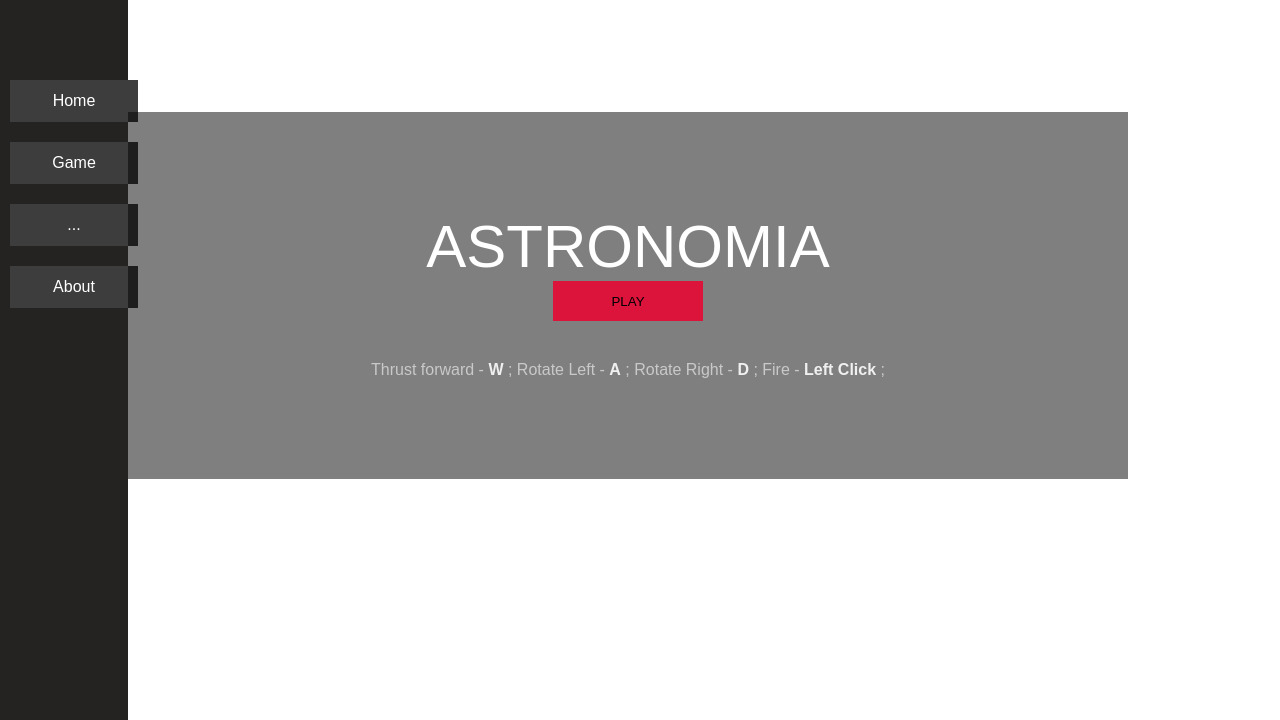
Repository: LaukiniXs/astronomia
Page: index.html
An editor plug-in stored every save of this project. The page is shown before and after the next save, followed by the edit.
The browser window is 1280 px wide. The pictures show the whole page.

Above is the page before, as saved 2020-05-18 13:38:48.
Not found: index.ts

After the next save:
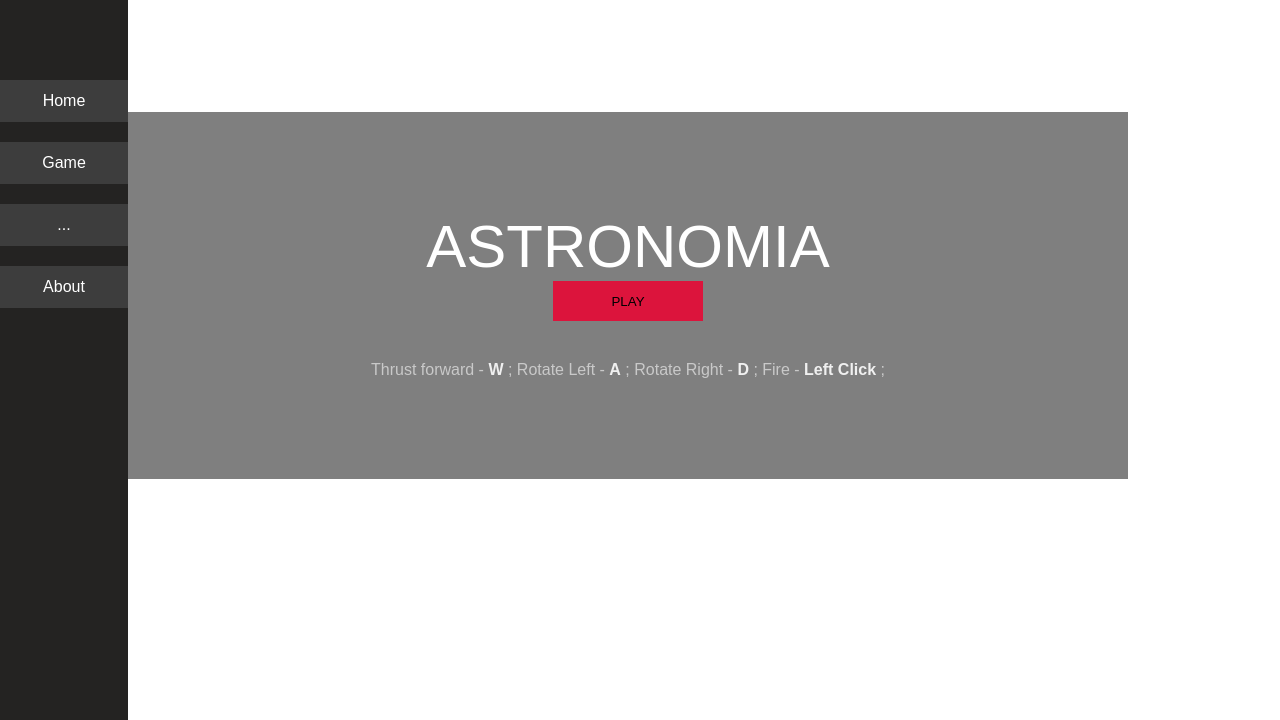
Saved 3 min 47 s later.
--- a/style.css
+++ b/style.css
@@ -20,7 +20,7 @@
     white-space: nowrap;
     text-decoration: none;
     width: 100%;
-    margin: 10px;
+    margin: 10px 0;
     cursor: pointer;
   }
   .floatRight{
